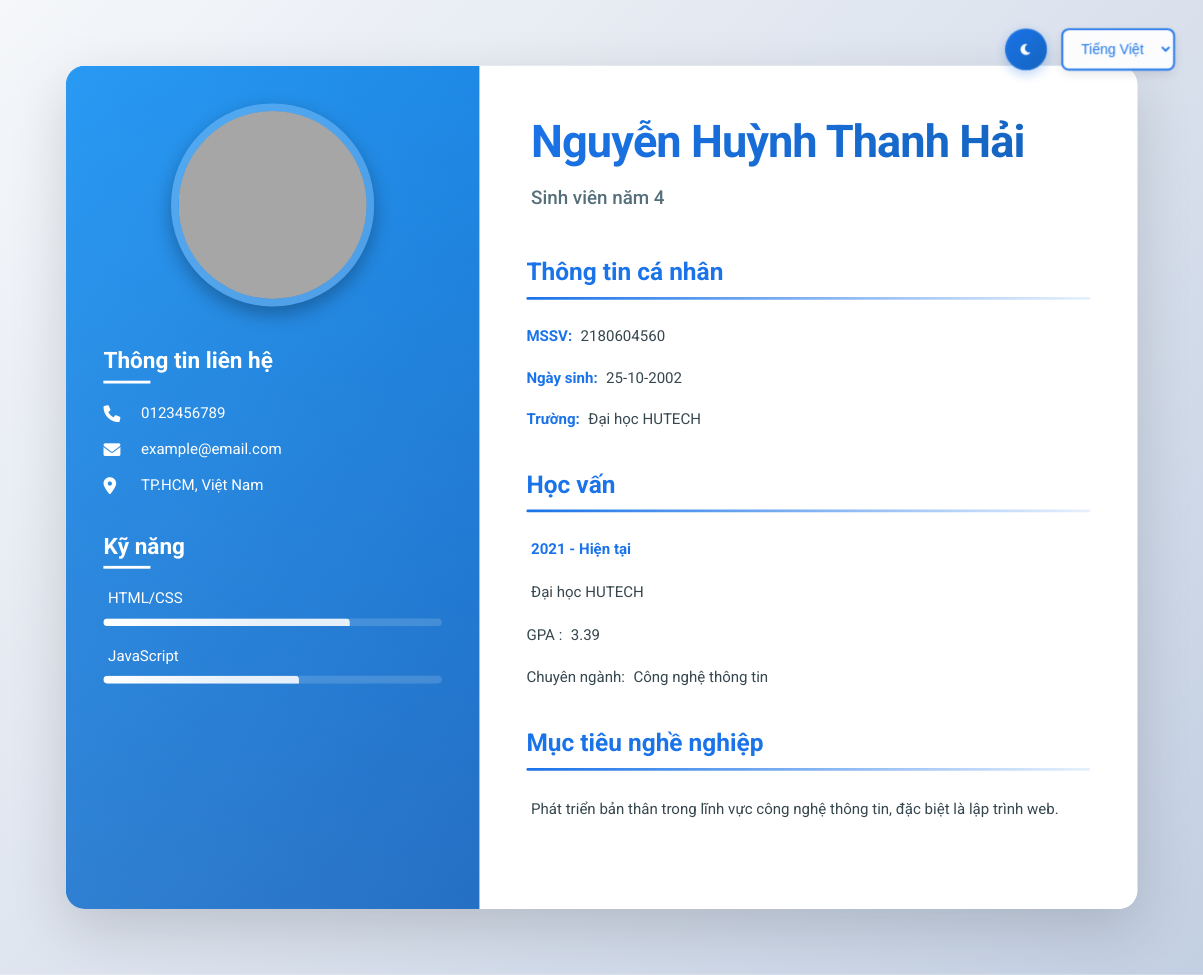
Repository: Haimichi/haimichi.github.io
Page: index.html
An editor plug-in stored every save of this project. The page is shown before and after the next save, followed by the edit.
The browser window is 1280 px wide. The pictures show the whole page, at 94% of full size.
Pictures or frames that could not be fetched are drawn as grey boxes.

Above is the page before, as saved 2025-03-04 10:53:21.

After the next save:
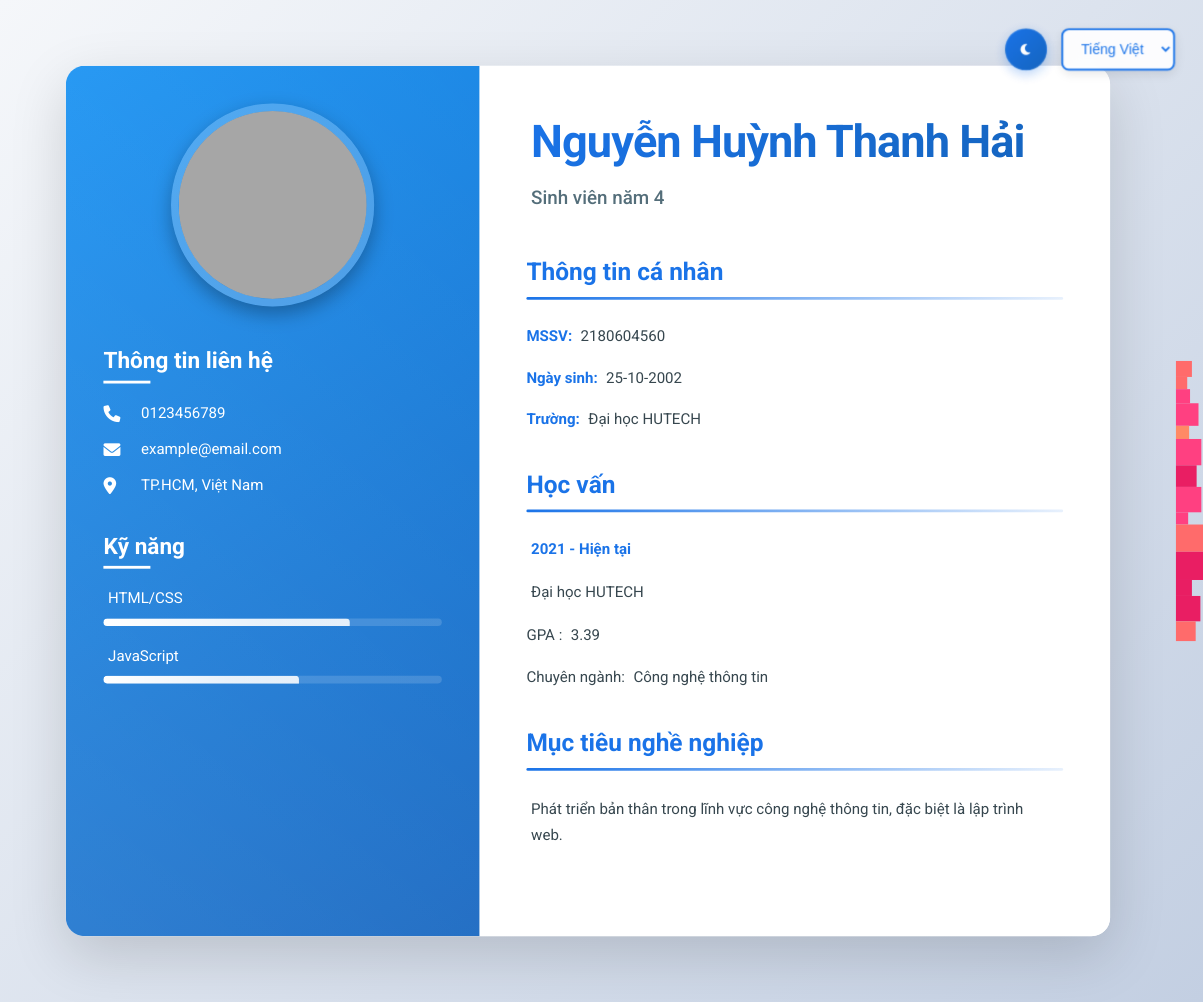
Saved 4 min 3 s later.
--- a/index.html
+++ b/index.html
@@ -104,6 +104,7 @@
             </div>
         </div>
     </div>
+    <div class="hearts-container"></div>
 </body>
 <script>
 const translations = {
@@ -242,5 +243,39 @@ function makeEditable(element) {
         input.focus();
     });
 }
+
+function createHeart() {
+    const heart = document.createElement('div');
+    heart.className = 'heart';
+
+    // Random position
+    heart.style.left = Math.random() * 100 + 'vw';
+
+    // Random size
+    const size = Math.random() * 20 + 10;
+    heart.style.width = size + 'px';
+    heart.style.height = size + 'px';
+
+    // Random color
+    const colors = ['#ff4081', '#e91e63', '#ff6b6b', '#ff8a65'];
+    heart.style.background = colors[Math.floor(Math.random() * colors.length)];
+
+    // Apply same color to pseudo-elements
+    heart.style.setProperty('--heart-color', heart.style.background);
+
+    // Random animation duration
+    const duration = Math.random() * 2 + 3;
+    heart.style.animation = `float ${duration}s linear forwards`;
+
+    document.querySelector('.hearts-container').appendChild(heart);
+
+    // Remove heart after animation
+    setTimeout(() => {
+        heart.remove();
+    }, duration * 1000);
+}
+
+// Create hearts periodically
+setInterval(createHeart, 300);
 </script>
 </html>

After the save that followed:
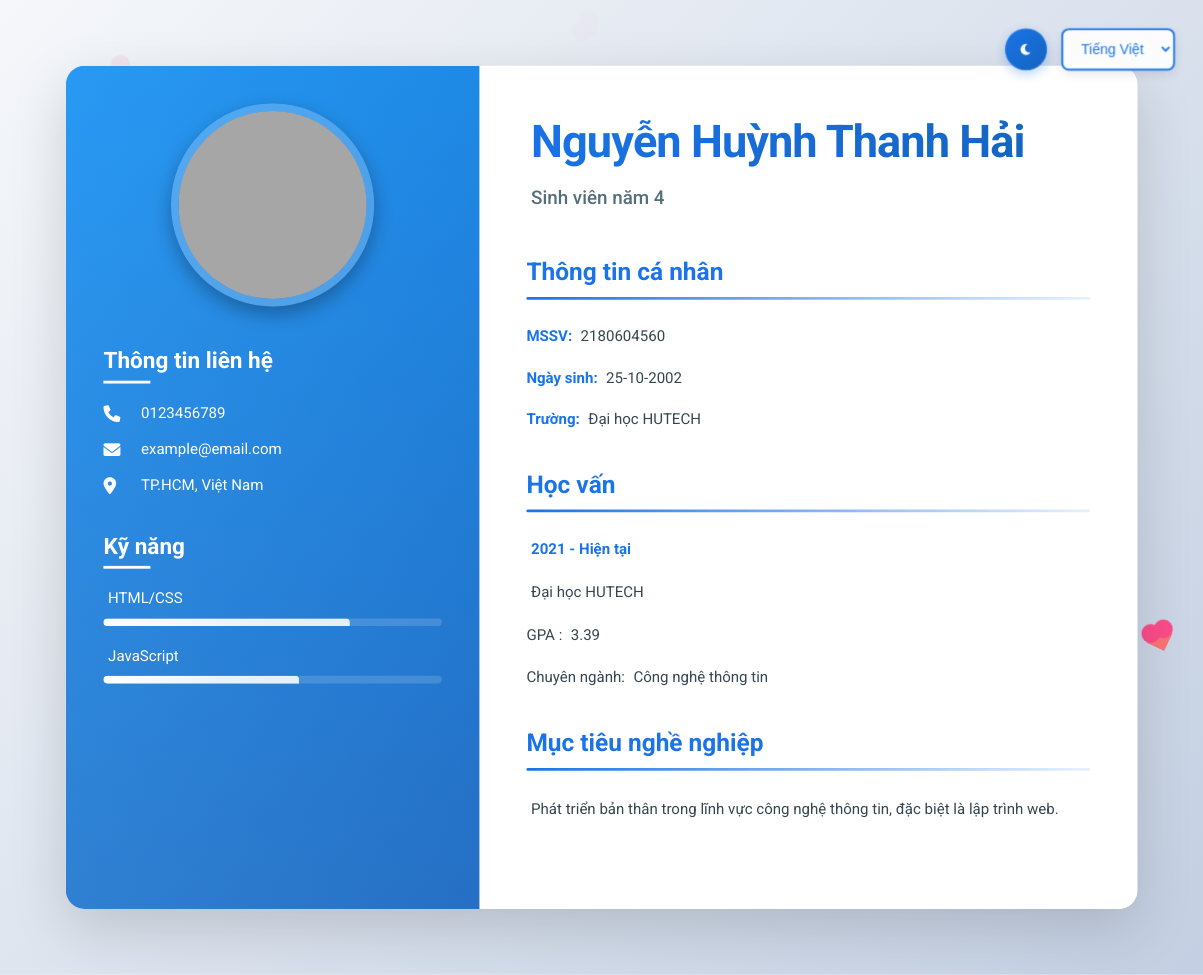
Saved 3 s later.
--- a/style.css
+++ b/style.css
@@ -404,3 +404,54 @@ h1.editable, h2.editable {
         font-size: 36px;
     }
 }
+
+/* Thêm vào cuối file */
+
+.hearts-container {
+    position: fixed;
+    bottom: 0;
+    left: 0;
+    width: 100%;
+    height: 100px;
+    pointer-events: none;
+    z-index: -1;
+}
+
+@keyframes float {
+    0% {
+        transform: translateY(0) rotate(0deg);
+        opacity: 1;
+    }
+    100% {
+        transform: translateY(-100vh) rotate(360deg);
+        opacity: 0;
+    }
+}
+
+.heart {
+    position: absolute;
+    bottom: -20px;
+    background: #ff4081;
+    width: 20px;
+    height: 20px;
+    transform: rotate(45deg);
+    opacity: 0.6;
+}
+
+.heart::before,
+.heart::after {
+    content: '';
+    position: absolute;
+    width: 20px;
+    height: 20px;
+    border-radius: 50%;
+    background: #ff4081;
+}
+
+.heart::before {
+    left: -10px;
+}
+
+.heart::after {
+    top: -10px;
+}
